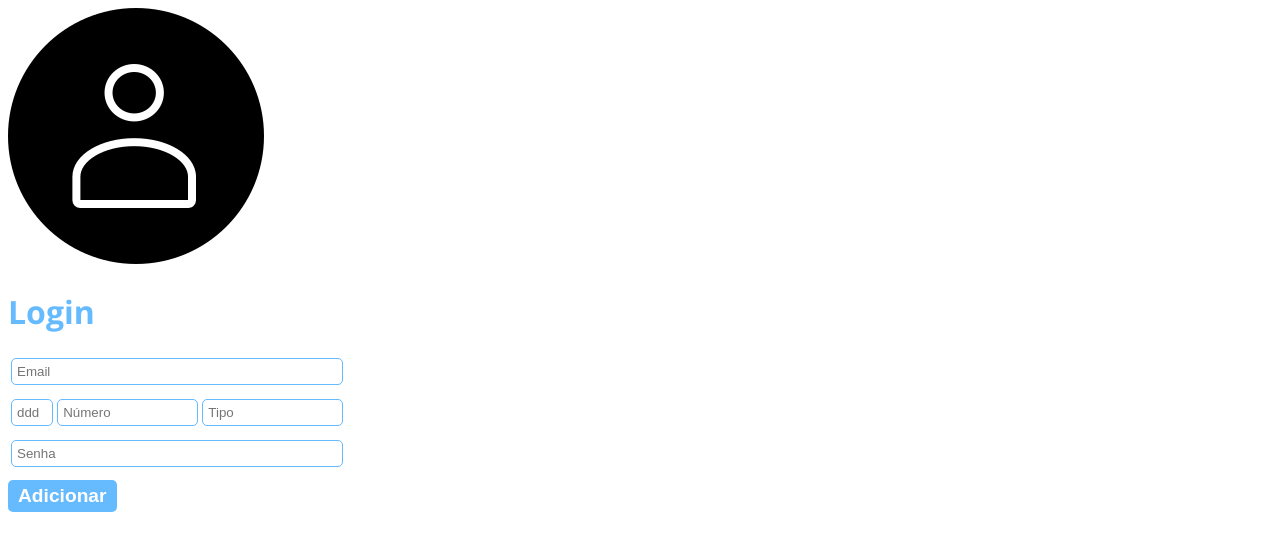
Repository: AbnerRS/DesafioSefaz
Page: DesafioSefaz/src/main/webapp/index.html
These files come from the project's save history. The page is drawn as it stood at one moment and after the next save; the edit follows.
The browser window is 1280 px wide. The pictures show the whole page.

Above is the page before, as saved 2021-07-31 21:24:22.

### DesafioSefaz/src/main/webapp/index.html
<!DOCTYPE html>
<html lang="pt-br">
<head>
<meta charset="utf-8">
<title>Desafio Sefaz</title>
<link rel="icon" href="imagens/favicon.png">
<link rel="stylesheet" href="style.css">
</head>
<body>

	<img src="imagens/login_user.png">

	<form name="frmUsuario" action="">
	<h1>Login</h1>
		<table>
			<tr>
				<td><input type="text" name="email" placeholder="Email" class="Caixa1"></td>
			</tr>
			<tr>
				<td><input type="tel" name="telefoneDdd" placeholder="ddd" class="Caixa2">
				<input type="text" name="telefoneNumero" placeholder="Número" class="Caixa5">
				<input type="text" name="telefoneTipo" placeholder="Tipo" class="Caixa5">
				</td>
			</tr>
			<tr>
				<td><input type="password" name="senha" placeholder="Senha" class="Caixa1"></td>
			</tr>
		</table>
		<input type="button" value="Adicionar" class="Botao" onclick="validar()">
	</form>

	<script src="scripts/validador.js"></script>
</body>
</html>

### DesafioSefaz/src/main/webapp/style.css
@charset "utf-8";

@import
	url('https://fonts.googleapis.com/css2?family=Open+Sans:wght@400;700&display=swap')
	;

body {
	font-family: 'Open Sans', sans-serif;
	font-size: 1em;
	font-weight: 400;
}

h1 {
	color: #66bbff;
}

.Botao {
	text-decoration: none;
	background-color: #66bbff;
	padding: 5px 10px 5px 10px;
	color: #fff;
	font-size: 1.2em;
	font-weight: 700;
	border-radius: 5px;
	border: 0;
	cursor: pointer;
}

.Botao2 {
	text-decoration: none;
	background-color: #d51213;
	padding: 5px 10px 5px 10px;
	color: #fff;
	font-size: 1.2em;
	font-weight: 700;
	border-radius: 5px;
}

.InputLogin {
	width: 120px;
	padding: 5px;
	margin-bottom: 10px;
	border: 1px solid #66bbff;
	border-radius: 5px;
}

.Caixa1 {
	width: 320px;
	padding: 5px;
	margin-bottom: 10px;
	border: 1px solid #66bbff;
	border-radius: 5px;
}

.Caixa2 {
	padding: 5px;
	width: 30px;
	margin-bottom: 10px;
	border: 1px solid #66bbff;
	border-radius: 5px;
	padding: 5px;
}

.Caixa5 {
	padding: 5px;
	width: 129px;
	margin-bottom: 10px;
	border: 1px solid #66bbff;
	border-radius: 5px;
	padding: 5px;
}

#caixa3 {
	padding: 5px;
	margin-bottom: 10px;
	border: 1px solid #ff0000;
}

#tabela {
	margin-bottom: 30px;
	border-collapse: collapse;
}

#tabela th {
	border: 1px solid #ddd;
	padding: 10px;
	text-align: left;
	background-color: #66bbff;
	color: #fff;
}

#tabela td {
	border: 1px solid #ddd;
	padding: 10px;
}

### DesafioSefaz/src/main/webapp/scripts/validador.js
/**
 * Validação de Formulário
 */

function validar() {
	let nome = frmUsuario.nome.value
	let email = frmUsuario.email.value
	let telefoneDdd = frmUsuario.telefoneDdd.value
	let telefoneNumero = frmUsuario.telefoneNumero.value
	let telefoneTipo = frmUsuario.telefoneTipo.value
	let senha = frmUsuario.senha.value

	if (nome === "") {
		alert('Preencha o campo Nome')
		frmUsuario.nome.focus()
		return false
	} else if (email === "") {
		alert('Preencha o campo E-mail')
		frmUsuario.email.focus()
		return false
	} else if (telefoneDdd === "") {
		alert('Preencha o campo de DDD')
		frmUsuario.telefoneDdd.focus()
		return false
	}
	else if (telefoneNumero === "") {
		alert('Preencha o campo de Número')
		frmUsuario.telefoneNumero.focus()
		return false
	} else if (telefoneTipo === "") {
		alert('Preencha o campo de Tipo de Telefone')
		frmUsuario.telefoneTipo.focus()
		return false
	} else if (senha === "") {
		alert('Preencha o campo Senha')
		frmUsuario.senha.focus()
		return false
	} else {
		document.forms["frmUsuario"].submit()
	}
}

After the next save:
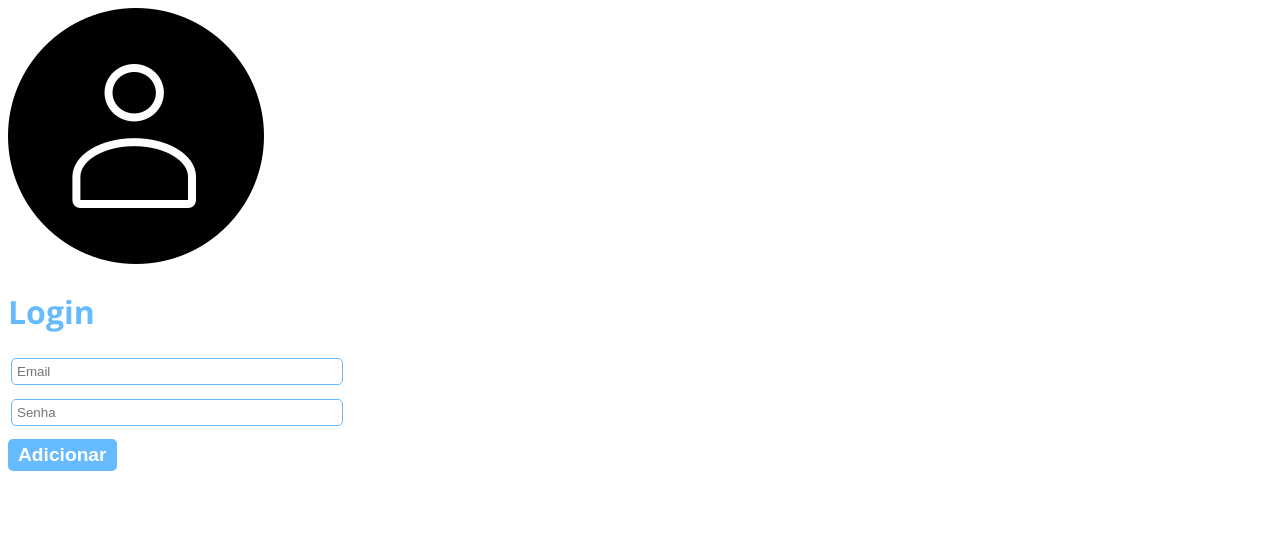
Saved 18 s later.
--- a/DesafioSefaz/src/main/webapp/index.html
+++ b/DesafioSefaz/src/main/webapp/index.html
@@ -11,22 +11,19 @@
 	<img src="imagens/login_user.png">
 
 	<form name="frmUsuario" action="">
-	<h1>Login</h1>
+		<h1>Login</h1>
 		<table>
 			<tr>
-				<td><input type="text" name="email" placeholder="Email" class="Caixa1"></td>
+				<td><input type="text" name="email" placeholder="Email"
+					class="Caixa1"></td>
 			</tr>
 			<tr>
-				<td><input type="tel" name="telefoneDdd" placeholder="ddd" class="Caixa2">
-				<input type="text" name="telefoneNumero" placeholder="Número" class="Caixa5">
-				<input type="text" name="telefoneTipo" placeholder="Tipo" class="Caixa5">
-				</td>
-			</tr>
-			<tr>
-				<td><input type="password" name="senha" placeholder="Senha" class="Caixa1"></td>
+				<td><input type="password" name="senha" placeholder="Senha"
+					class="Caixa1"></td>
 			</tr>
 		</table>
-		<input type="button" value="Adicionar" class="Botao" onclick="validar()">
+		<input type="button" value="Adicionar" class="Botao"
+			onclick="validar()">
 	</form>
 
 	<script src="scripts/validador.js"></script>
